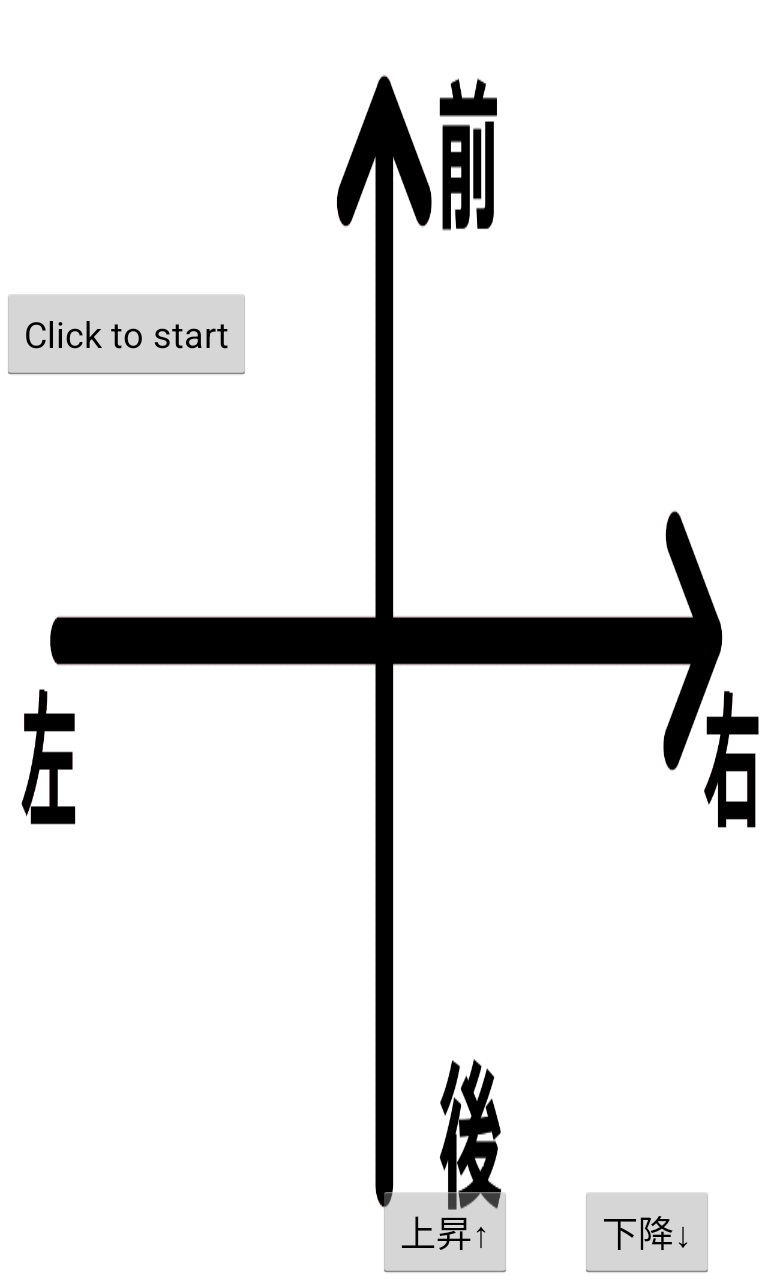
Repository: uinchester/sotuken
Layout: workspace/getCoordinate/res/layout/activity_main.xml
An editor plug-in stored every save of this project. The layout is shown before and after the next save, followed by the edit.
It is drawn on a 768 x 1280 px phone screen (xhdpi) without system bars, with theme AppTheme; the app's code is not run.

Above is the layout before, as saved 2013-10-01 09:16:20.

### workspace/getCoordinate/res/layout/activity_main.xml
<RelativeLayout xmlns:android="http://schemas.android.com/apk/res/android"
    xmlns:tools="http://schemas.android.com/tools"
    android:layout_width="match_parent"
    android:layout_height="match_parent"
    android:background="@drawable/hani7"
    android:orientation="vertical"
     >

    <TextView
        android:id="@+id/text"
        android:layout_width="wrap_content"
        android:layout_height="wrap_content"
        android:layout_alignParentLeft="true"
        android:layout_alignParentTop="true"
        android:layout_marginLeft="82dp"
        android:layout_marginTop="33dp"
        android:textSize="50sp" />

    <TextView
        android:id="@+id/text2"
        android:layout_width="wrap_content"
        android:layout_height="wrap_content"
        android:layout_alignLeft="@+id/text"
        android:layout_below="@+id/text"
        android:layout_marginTop="24dp"
        android:textSize="50sp" />

    <Button
        android:id="@+id/button1"
        android:layout_width="wrap_content"
        android:layout_height="wrap_content"
        android:layout_alignParentBottom="true"
        android:layout_alignParentRight="true"
        android:layout_marginRight="127dp"
        android:text="上昇↑" />

    <Button
        android:id="@+id/button2"
        android:layout_width="wrap_content"
        android:layout_height="wrap_content"
        android:layout_alignParentBottom="true"
        android:layout_alignParentRight="true"
        android:layout_marginRight="26dp"
        android:text="下降↓" />

    <Button
        android:id="@+id/button"
        android:layout_width="wrap_content"
        android:layout_height="wrap_content"
        android:layout_alignBottom="@+id/text2"
        android:text="Click to start" />

</RelativeLayout>

Loaded but not shown: workspace/getCoordinate/res/values-v11/styles.xml (common file); workspace/getCoordinate/res/values/styles.xml (common file)

After the next save:
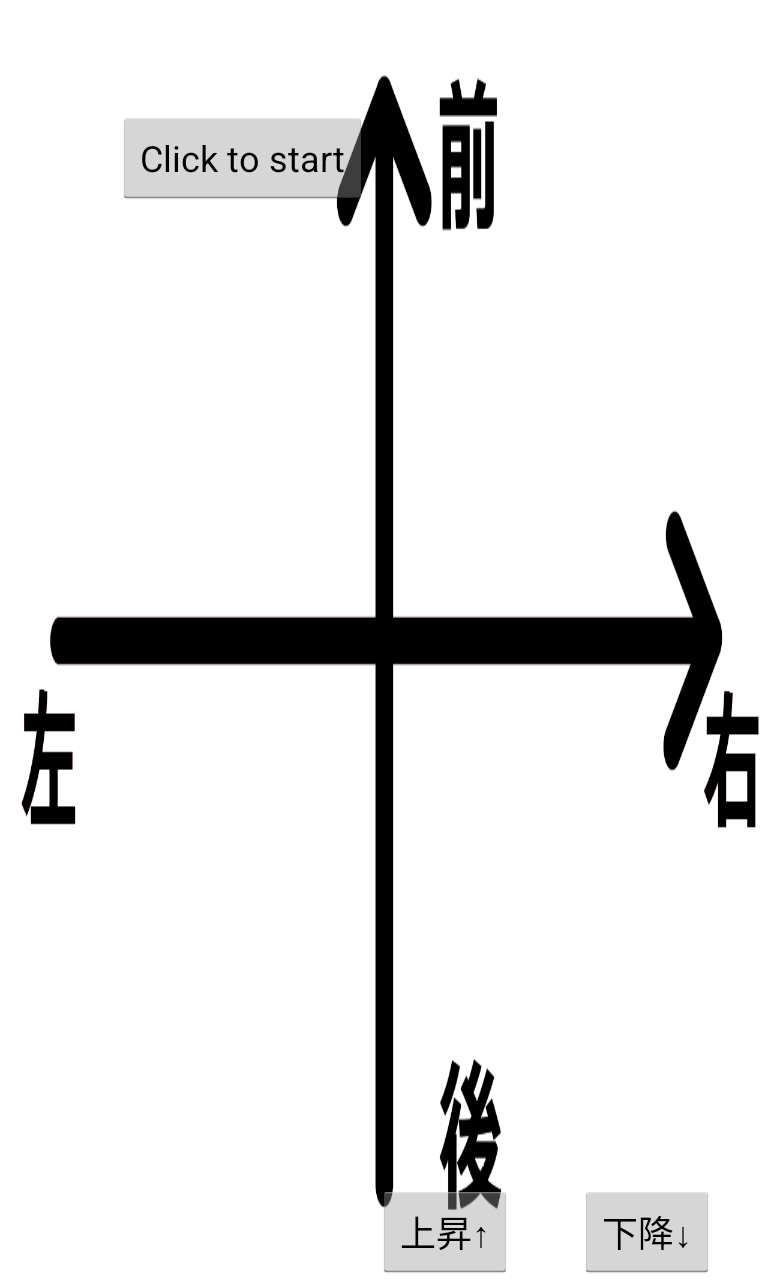
Saved 45 s later.
--- a/workspace/getCoordinate/res/layout/activity_main.xml
+++ b/workspace/getCoordinate/res/layout/activity_main.xml
@@ -47,7 +47,10 @@
         android:id="@+id/button"
         android:layout_width="wrap_content"
         android:layout_height="wrap_content"
-        android:layout_alignBottom="@+id/text2"
+        android:layout_alignBaseline="@+id/text"
+        android:layout_alignBottom="@+id/text"
+        android:layout_alignParentLeft="true"
+        android:layout_marginLeft="58dp"
         android:text="Click to start" />
 
 </RelativeLayout>
